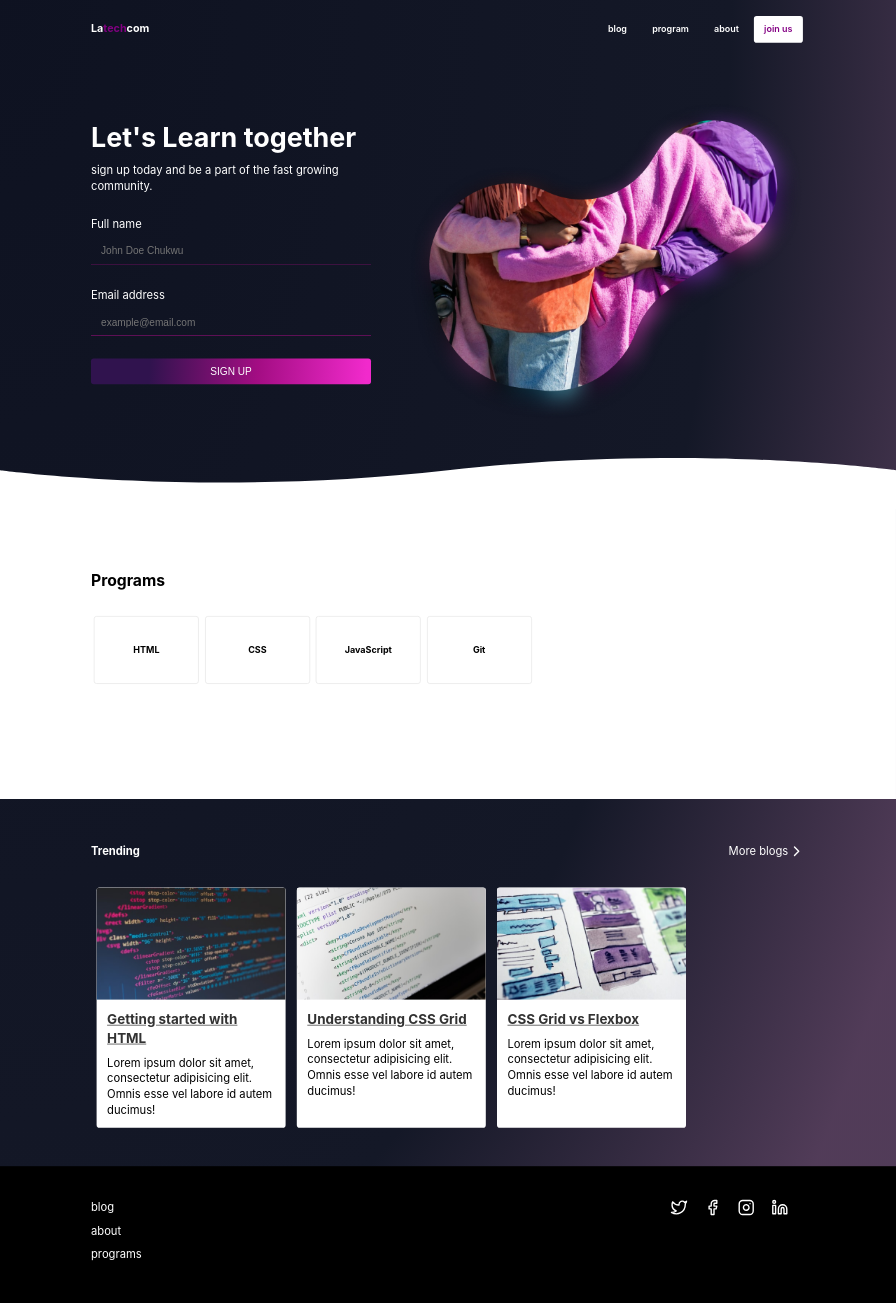
Repository: giprim/community
Page: /
These files come from the project's save history. The page is drawn as it stood at one moment and after the next save; the edit follows.
The browser window is 1280 px wide. The pictures show the whole page, at 70% of full size.
The project was rebuilt for these pictures with package versions that can differ from the ones it lists, and the page was loaded fresh each time. Also part of the build but not shown: src/App.css, src/pages/Register.tsx.

Above is the page before, as saved 2020-10-26 00:13:05.

### src/index.css
* {
  padding: 0;
  margin: 0;
  box-sizing: border-box;
  line-height: 140%;
}

html {
  scroll-behavior: smooth;
}

body {
  font-family: -apple-system, BlinkMacSystemFont, "Segoe UI", "Roboto", "Oxygen",
    "Ubuntu", "Cantarell", "Fira Sans", "Droid Sans", "Helvetica Neue",
    sans-serif;
  -webkit-font-smoothing: antialiased;
  -moz-osx-font-smoothing: grayscale;

  background: radial-gradient(
      115.04% 150.55% at 0% -2.74%,
      #0e1221 0%,
      #141827 70.94%,
      #1d0126c4 100%
    )
    no-repeat;

  height: 100%;
}

code {
  font-family: source-code-pro, Menlo, Monaco, Consolas, "Courier New",
    monospace;
}

### src/App.tsx
import React from 'react';
import './App.css';

import { Route, Switch } from 'react-router-dom';
import { ChevronRight } from 'react-feather';
import Footer from './components/Footer';
import Home from './pages/Home';
import Register from './pages/Register';
import Navbar from './components/Navbar';

function App() {
  return (
    <>
      <Navbar />
      <Switch>
        <Route path='/' exact component={Home} />
        <Route path='/signup' exact component={Register} />
      </Switch>
      <Footer />
    </>
  );
}

export default App;

### src/components/Footer.tsx
import styled from '@emotion/styled';
import React from 'react';
import { Facebook, Instagram, Linkedin, Twitter } from 'react-feather';
import { Link } from 'react-router-dom';
import { HashLink } from 'react-router-hash-link';
import { StyledContainer } from '../pages/Home';

const Footer = () => {
  return (
    <StyledFooter>
      <StyledContainer>
        <div className='flex'>
          <ul>
            <li>
              <Link to='/blog'>blog</Link>
            </li>
            <li>
              <Link to='/about'>about</Link>
            </li>
            <li>
              <HashLink to='/#program'>programs</HashLink>
            </li>
          </ul>

          <div className='socials'>
            <a href='#' target='_blank'>
              <Twitter />
            </a>
            <a href='#' target='_blank'>
              <Facebook />
            </a>
            <a href='#' target='_blank'>
              <Instagram />
            </a>
            <a href='#' target='_blank'>
              <Linkedin />
            </a>
          </div>
        </div>
      </StyledContainer>
    </StyledFooter>
  );
};

export default Footer;

const StyledFooter = styled('div')`
  background: black;
  padding: 2em 0;
  * {
    color: white;
  }

  .flex {
    display: flex;
    justify-content: space-between;
  }
  ul {
    list-style: none;
    li {
      padding-bottom: 0.7rem;
    }
  }

  a {
    text-decoration: none;
    :hover {
      text-decoration: underline;
    }
  }

  .socials {
    a {
      margin-right: 1.5em;
      svg {
        transition: 0.19s ease-in-out;
      }
      svg:hover {
        fill: white;
        stroke: none;
      }
    }
  }
`;

### src/pages/Home.tsx
import styled from '@emotion/styled';
import React from 'react';
import { ChevronRight } from 'react-feather';
import { Link } from 'react-router-dom';
import Banner from '../components/Banner';
import BlogCard from '../components/BlogCard';
import Navbar from '../components/Navbar';
import Programs from '../components/Programs';
import startHtml from '../images/starthtml.png';
import cssgrid from '../images/cssgrid.png';
import flexbox from '../images/flexbox.png';
import whiteBg from '../images/whitebg.svg';

let text = `Lorem ipsum dolor sit amet, consectetur adipisicing elit. Omnis esse vel labore id autem ducimus!`;

let data = [
  {
    title: 'Getting started with HTML',
    image: startHtml,
    text: text,
  },
  {
    title: 'Understanding CSS Grid',
    image: cssgrid,
    text: text,
  },
  {
    title: 'CSS Grid vs Flexbox',
    image: flexbox,
    text: text,
  },
];

const Home: React.FC = () => {
  return (
    <StyledFluidContainer>
      <StyledContainer>
        <Banner />
      </StyledContainer>
      <div className='whitebg'>
        <StyledContainer id='program'>
          <Programs />
        </StyledContainer>
      </div>

      <StyledContainer>
        <StyledTrending>
          <h4>Trending</h4>

          <Link to='/blog'>
            <span>More blogs</span> <ChevronRight />
          </Link>
        </StyledTrending>
        <StyledBlogGrid>
          {data.map(({ title, image, text }) => (
            <BlogCard key={title} image={image} clue={text} title={title} />
          ))}
        </StyledBlogGrid>
      </StyledContainer>
      {/* <Footer /> */}
    </StyledFluidContainer>
  );
};

export default Home;

export const StyledContainer = styled('div')<{ onPadding?: boolean }>`
  margin: 0 auto;
  max-width: 380px;
  padding: ${({ onPadding }) => (onPadding ? '0px' : '15px')};
  @media (min-width: 700px) {
    max-width: 520px;
  }
  @media (min-width: 1000px) {
    max-width: 1050px;
  }
`;

const StyledFluidContainer = styled('div')`
  width: 100%;

  .whitebg {
    background: url(${whiteBg}) no-repeat;
    background-size: cover;
    padding: 9em 0;
  }
`;

const StyledBlogGrid = styled('div')`
  padding: 2em 0em;
  overflow-x: auto;
  display: flex;
  flex-direction: row;
`;

const StyledTrending = styled('div')`
  padding-top: 3em;
  display: flex;
  justify-content: space-between;
  align-items: center;
  * {
    color: #fff;
  }

  a {
    display: flex;
    align-items: center;
    text-decoration: none;
    :hover {
      text-decoration: underline;
    }
  }
`;

### src/components/Navbar.tsx
import React, { useState } from 'react';
import styled from '@emotion/styled';
import { NavLink } from 'react-router-dom';
import { HashLink } from 'react-router-hash-link';
import { Menu } from 'react-feather';
import { StyledContainer } from '../pages/Home';

const Navbar = () => {
  const [visible, setVisible] = useState(false);
  return (
    <StyledContainer>
      <StyledNav>
        <NavLink to='/'>
          <Logo>
            La<span>tech</span>com
          </Logo>
        </NavLink>

        <MenuButton onClick={() => setVisible((prev) => !prev)}>
          <Menu />
        </MenuButton>
        <LinkSection show={visible}>
          <li>
            <NavLink to='/blog'>blog</NavLink>
          </li>
          <li>
            <HashLink to='/#program'>program</HashLink>
          </li>
          <li>
            <NavLink to='/about'>about</NavLink>
          </li>
          <li>
            <NavLink to='/signup'>join us</NavLink>
          </li>
        </LinkSection>
      </StyledNav>
    </StyledContainer>
  );
};

export default Navbar;

const StyledNav = styled('div')`
  font-size: 0.8rem;
  display: flex;
  flex-wrap: wrap;
  justify-content: space-between;
  margin-bottom: 1rem;
  vertical-align: middle;
  div {
    height: 100%;
  }
  a {
    text-decoration: none;
  }
`;

const Logo = styled('h3')`
  font-size: 1.2em;
  padding: 15px 0;
  color: white;
  span {
    color: purple;
  }
`;

const LinkSection = styled('ul')<any>`
  display: ${(props) => (props.show ? 'block' : 'none')};
  width: 100%;
  margin-top: 15px;
  transition: 0.23s linear;
  li {
    list-style: none;
    a {
      background: #840084;
      text-decoration: none;
      display: block;
      text-align: center;
      padding: 10px 5px;
      color: white;
      font-weight: 600;
      transition: 0.23s ease-out;
      :hover {
        background: #520052;
      }
    }
    :last-child {
      a {
        background: #ffffff;
        color: #840084;
        :hover {
          background: #ffffff99;
        }
      }
    }
  }
  @media (min-width: 834px) {
    display: inline-flex;
    width: auto;
    margin-top: 8px;
    li {
      a {
        background: #ffffff00;
        padding: 10px 15px;
        border-radius: 4px;
        margin: 0 3px;
        :hover {
          background: #840084;
        }
      }
    }
  }
`;

const MenuButton = styled('button')`
  display: none;
  border: none;
  border: 1px #ffffff55 solid;
  border-radius: 4px;
  background: #ffffff00;
  color: white;
  font-size: 1.1em;
  margin-top: 10px;
  padding: 5px 15px;
  line-height: 100%;
  transition: 0.23s ease-out;
  @media (max-width: 834px) {
    display: inline;
    :hover {
      background: #ffffffaa;
    }
  }
`;

### src/components/Banner.tsx
import React, { useEffect, useState } from 'react';
import styled from '@emotion/styled';
import desktopImg from '../images/desktopBanner.png';
import mobileImg from '../images/bannerMobile.png';
import StyledInput from '../styledComponents/Input';

const Banner: React.FC = () => {
  const [mobile, setmobile] = useState(false);
  useEffect(() => {
    windowWidth();
  }, []);
  let windowWidth = () => {
    let win = window.innerWidth;
    if (win < 768) setmobile(true);
    else setmobile(false);
  };
  window.addEventListener('resize', windowWidth);

  return (
    <StyledBanner>
      <div className='caption'>
        <h2>Let's Learn together</h2>
        <p>sign up today and be a part of the fast growing community.</p>

        <form>
          <div className='inputbox'>
            <label htmlFor='fullname'>Full name</label>
            <StyledInput
              required
              id='fullname'
              type='text'
              placeholder='John Doe Chukwu'
            />
          </div>
          <div className='inputbox'>
            <label htmlFor='email'>Email address</label>
            <StyledInput
              required
              id='email'
              type='email'
              placeholder='example@email.com'
            />
          </div>
          <div className='inputbox'>
            <input type='submit' value='SIGN UP' />
          </div>
        </form>
      </div>

      <div>
        {mobile ? (
          <img src={mobileImg} alt='imagemobile' />
        ) : (
          <img src={desktopImg} alt='imagedesktop' />
        )}
      </div>
    </StyledBanner>
  );
};

export default Banner;

const StyledBanner = styled('div')`
  display: flex;
  justify-content: space-between;
  align-items: center;
  color: white;
  flex-wrap: wrap-reverse;
  padding-top: 2em;
  padding-bottom: 2em;

  h2 {
    font-size: 2em;
    margin-bottom: 0.2em;
  }
  p {
    max-width: 400px;
  }

  img {
    width: 100%;
    position: relative;
    left: 0;
    right: 0;
    /* margin-left: -15px; */
  }

  .caption {
    max-width: 400px;
  }

  .inputbox {
    margin: 2rem auto;

    label,
    input {
      display: block;
      width: 100%;
    }

    input {
      padding: 0.6em 1em;
      background: none;
      border: none;
      border-bottom: 1px #a30d83 solid;
      color: #fff;
      margin-top: 0.6em;
      margin-bottom: 0.3em;
      font-size: 0.9rem;
      transition: 0.073s ease-in;
      border-radius: 4px 4px 0 0;
      :hover,
      :focus {
        background: #ffffff13;
        border: none;
        border-radius: 4px;
      }
    }
  }
  input[type='submit'] {
    background: linear-gradient(
      93.1deg,
      #30134e 21%,
      #a30d83 59.35%,
      #f12acc 98.27%
    );
    border-radius: 4px;
    transition: 0.273s ease-in;
    border: none;
    :hover {
      background: #30134e;
    }
  }

  @media (min-width: 768px) {
    h2 {
      font-size: 2.4em;
    }
    .caption {
      padding: 0;
    }

    img {
      width: 100%;
    }
  }
`;

### src/components/BlogCard.tsx
import React from "react";
import styled from "@emotion/styled";

interface IBlogCard {
  image: any;
  title: string;
  clue: string;
}

const BlogCard: React.FC<IBlogCard> = ({ image, title, clue }) => {
  return (
    <StyledCard>
      <img src={image} alt={title} />
      <div>
        <h4>{title}</h4>
        <p>{clue}</p>
      </div>
    </StyledCard>
  );
};

export default BlogCard;

const StyledCard = styled("div")`
  width: 100%;
  display: inline-block;
  overflow: hidden;
  background: white;
  border-radius: 4px;
  padding-bottom: 15px;
  margin: 0.5em;
  flex-basis: 270px;
  flex-shrink: 0;
  img {
    width: 100%;
    height: 160px;
    object-fit: cover;
    object-position: center;
  }
  div {
    padding: 0 15px;
    h4 {
      font-size: 1.2rem;
      color: #323232;
      padding: 10px 0;
      text-decoration: underline;
    }
  }
`;

### src/components/Programs.tsx
import React from "react";
import styled from "@emotion/styled";

const Programs: React.FC = () => {
  return (
    <StyledProgram>
      <h4>Programs</h4>

      <div className='flex'>
        <div>
          <h6>HTML</h6>
        </div>
        <div>
          <h6>CSS</h6>
        </div>
        <div>
          <h6>JavaScript</h6>
        </div>
        <div>
          <h6>Git</h6>
        </div>
      </div>
    </StyledProgram>
  );
};

export default Programs;

const StyledProgram = styled("div")`
  h4 {
    font-size: 1.4rem;
  }
  .flex {
    display: flex;
    flex-wrap: wrap;
    justify-content: safe;
    padding-top: 2em;
    div {
      font-size: 1.2rem;
      margin: 0.22em;
      width: 100%;
      max-width: 150px;
      display: flex;
      border: 1px #e5e5e5 solid;
      padding: 2em;
      border-radius: 4px;
      background: white;
      justify-content: center;
      align-items: center;
    }
  }
`;

### src/styledComponents/Input.ts
import styled from '@emotion/styled';

const StyledInput = styled('input')`
  padding: 0.6em 1em;
  background: none;
  border: none;
  border-bottom: 1px #a30d83 solid;
  color: #fff;
  margin-top: 0.6em;
  margin-bottom: 0.3em;
  font-size: 0.9rem;
  transition: 0.073s ease-in;
  border-radius: 4px 4px 0 0;
  :hover,
  :focus {
    background: #ffffff13;
    border: none;
    border-radius: 4px;
  }
`;

export default StyledInput;

Loaded but not shown: public/index.html (common file); src/index.tsx (common file); src/reportWebVitals.ts (common file)

After the next save:
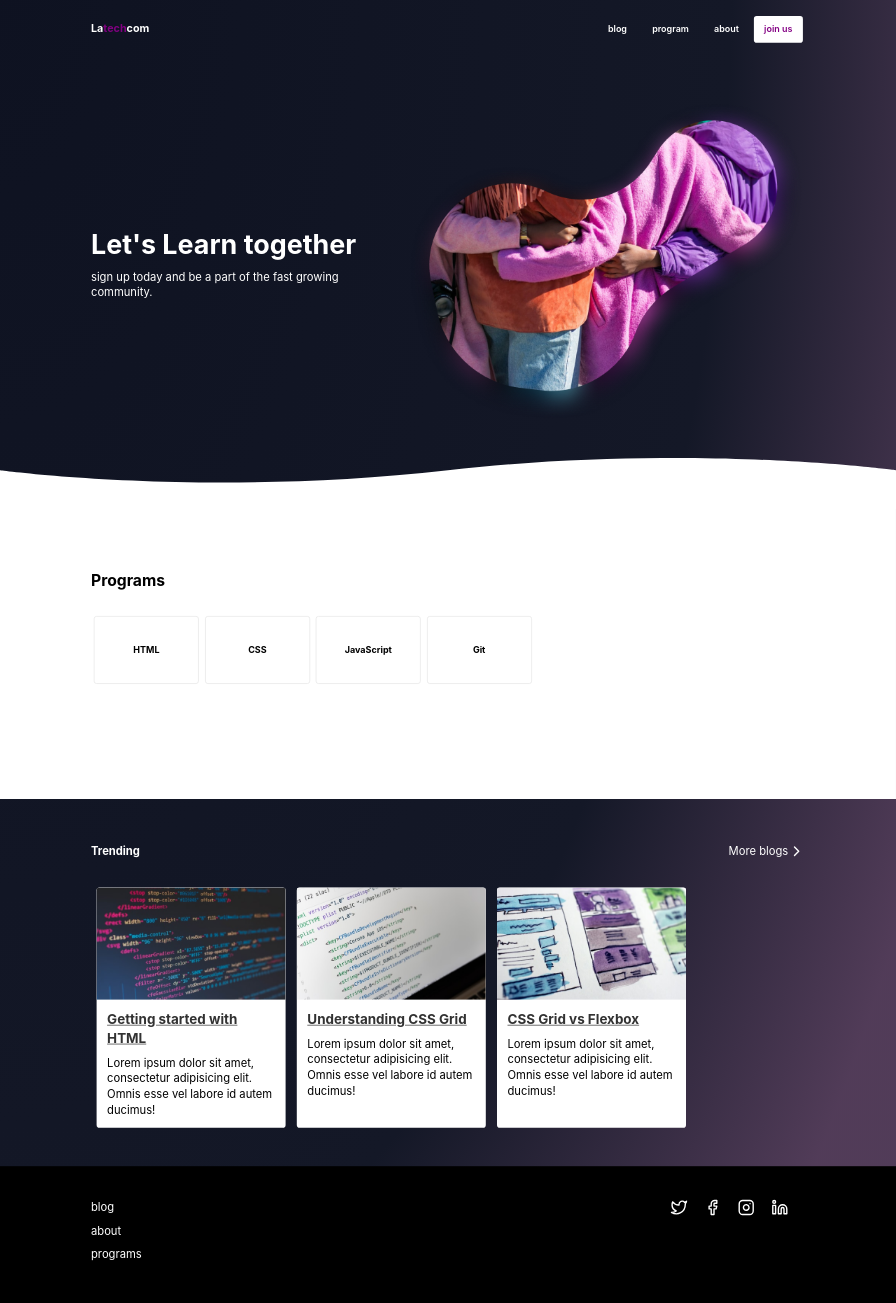
Saved 12 s later.
--- a/src/components/Banner.tsx
+++ b/src/components/Banner.tsx
@@ -22,29 +22,7 @@ const Banner: React.FC = () => {
         <h2>Let's Learn together</h2>
         <p>sign up today and be a part of the fast growing community.</p>
 
-        <form>
-          <div className='inputbox'>
-            <label htmlFor='fullname'>Full name</label>
-            <StyledInput
-              required
-              id='fullname'
-              type='text'
-              placeholder='John Doe Chukwu'
-            />
-          </div>
-          <div className='inputbox'>
-            <label htmlFor='email'>Email address</label>
-            <StyledInput
-              required
-              id='email'
-              type='email'
-              placeholder='example@email.com'
-            />
-          </div>
-          <div className='inputbox'>
-            <input type='submit' value='SIGN UP' />
-          </div>
-        </form>
+
       </div>
 
       <div>
